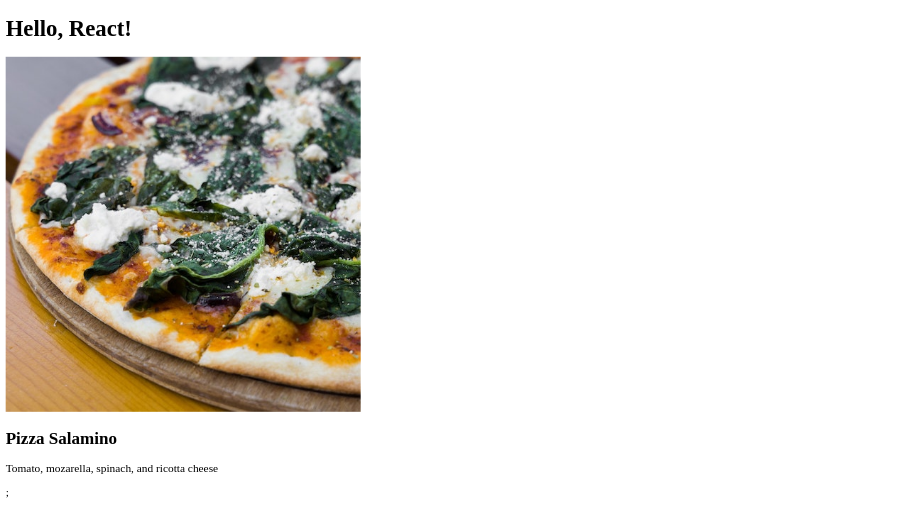
Repository: Aaryan-Poria/pizza-menu
Page: /
These files come from the project's save history. The page is drawn as it stood at one moment and after the next save; the edit follows.
The browser window is 1280 px wide. The pictures show the whole page, at 71% of full size.
The project was rebuilt for these pictures with package versions that can differ from the ones it lists, and the page was loaded fresh each time.

Above is the page before, as saved 2023-10-02 12:57:54.

After the next save:
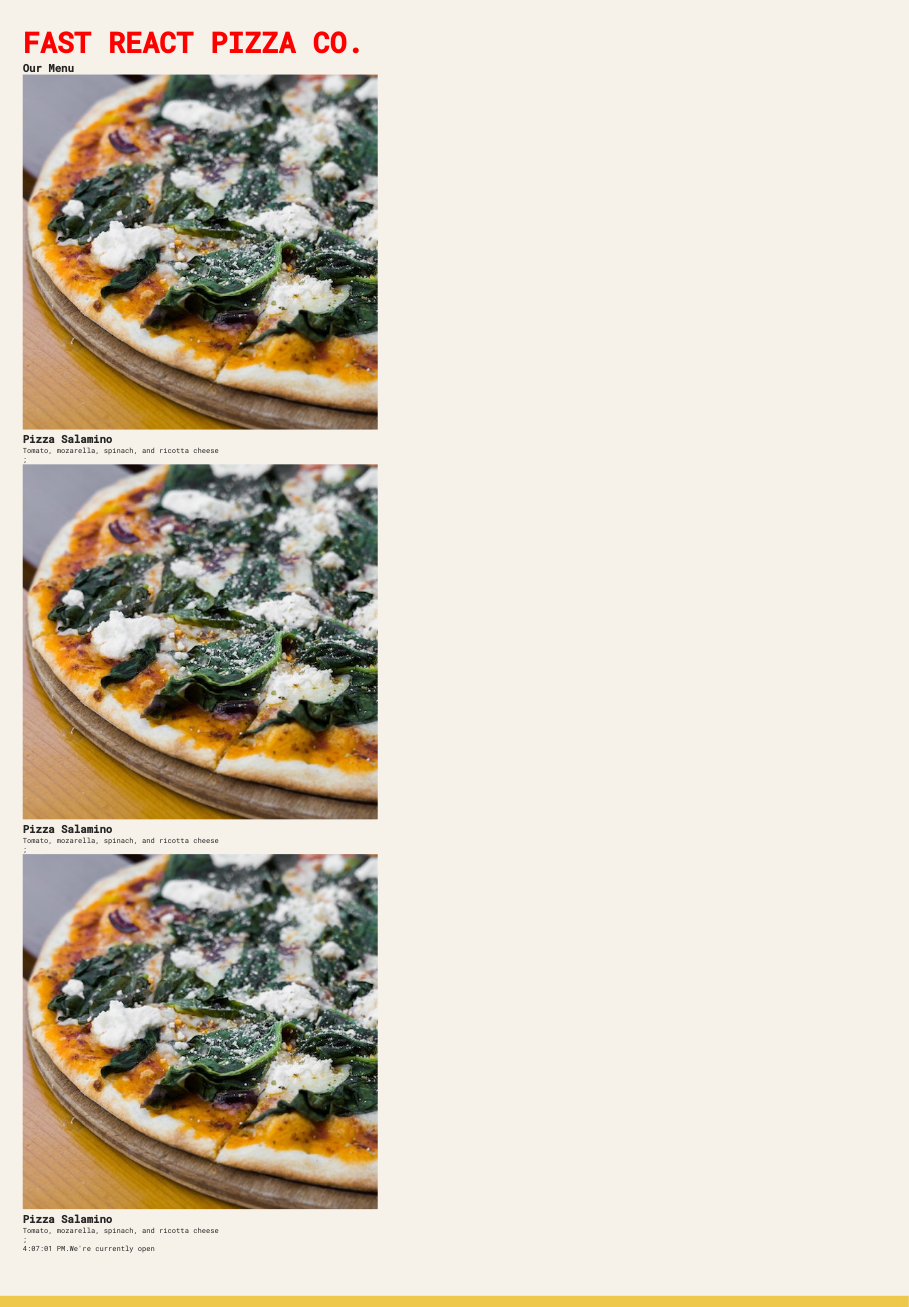
Saved 7 days later.
--- a/src/index.js
+++ b/src/index.js
@@ -1,5 +1,6 @@
 import React from "react";
 import ReactDOM from "react-dom/client";
+import "./index.css";
 
 const pizzaData = [
   {
@@ -49,8 +50,9 @@ const pizzaData = [
 function App() {
   return (
     <div>
-      <h1>Hello, React!</h1>
-      <Pizza />
+      <Header />
+      <Menu />
+      <Footer />
     </div>
   );
 }
@@ -58,10 +60,37 @@ function App() {
 function Pizza() {
   return (
     <div>
-      <img src="pizzas/spinaci.jpg" alt="Pizza-Salamino.img"></img>
+      <img src="pizzas/spinaci.jpg" alt="Pizza-Spinaci.img"></img>
       <h2> Pizza Salamino</h2>
       <p>Tomato, mozarella, spinach, and ricotta cheese</p>;
     </div>
+  );
+}
+
+function Header() {
+  const style = { color: "red", fontSize: "40px", textTransform: "uppercase" }; // A JS Object
+  return <h1 style={style}>Fast React Pizza Co.</h1>; // CSS in JSX is an object. We have another {} to basically enter JS Mode
+}
+function Menu() {
+  return (
+    <div>
+      <h2> Our Menu</h2>
+      <Pizza />
+      <Pizza />
+      <Pizza />
+    </div>
+  );
+}
+function Footer() {
+  const hour = new Date().getHours();
+  const openingHour = 8;
+  const closingHour = 23;
+
+  const isOpen = hour >= openingHour && hour <= closingHour;
+  console.log(isOpen);
+
+  return (
+    <footer>{new Date().toLocaleTimeString()}.We're currently open</footer>
   );
 }
 
